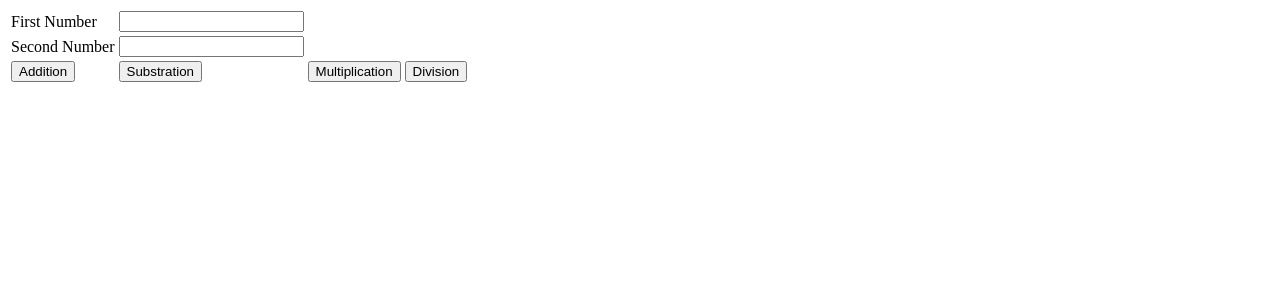
Repository: babududekula/Spring-Course-4.X-Version
Page: http://localhost/Jsp/classA.jsp
These files come from the project's save history. The page is drawn as it stood at one moment and after the next save; the edit follows.
The browser window is 1280 px wide. The pictures show the whole page.
The page is served by Tomcat 9.

Above is the page before, as saved 2023-02-06 16:48:12.

### Maven Projects/Jsp/src/main/webapp/classA.jsp
<%@ page language="java" contentType="text/html; charset=ISO-8859-1"
    pageEncoding="ISO-8859-1"%>
<!DOCTYPE html>
<html>
<head>
<meta charset="ISO-8859-1">
<title>Insert title here</title>
</head>
<body>
<form action="classB.jsp" method="get">

<table>
<tr>
	<td>First Number</td>
	<td><input type="text" name="first"/></td>
</tr>
<tr>
	<td>Second Number</td>
	<td><input type="text" name="second"/></td>
</tr>
<tr>
	<td><input type="submit" name="operation" value="Addition"/></td>
	<td><input type="submit" name="operation" value="Substration"/></td>
	<td><input type="submit" name="operation" value="Multiplication"/></td>
	<td><input type="submit" name="operation" value="Division"/></td>
</tr>
</table>

</form>
</body>
</html>

After the next save:
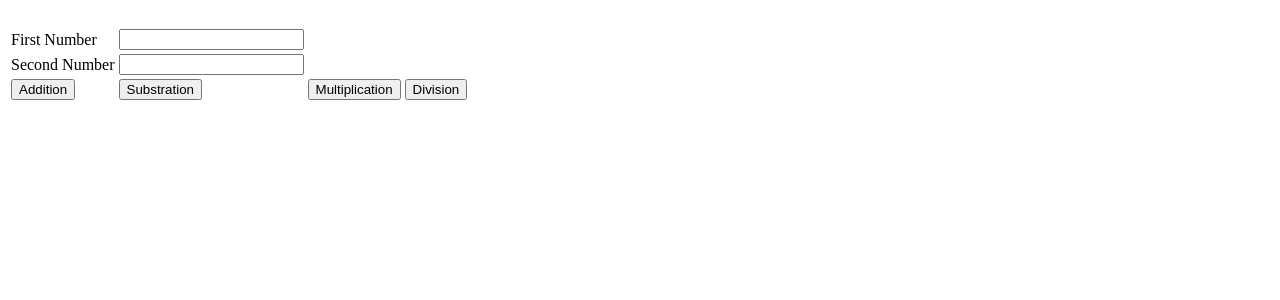
Saved 16 s later.
--- a/Maven Projects/Jsp/src/main/webapp/classA.jsp
+++ b/Maven Projects/Jsp/src/main/webapp/classA.jsp
@@ -22,7 +22,7 @@
 	<td><input type="submit" name="operation" value="Addition"/></td>
 	<td><input type="submit" name="operation" value="Substration"/></td>
 	<td><input type="submit" name="operation" value="Multiplication"/></td>
-	<td><input type="submit" name="operation" value="Division"/></td>
+	<td><input type="submit" name="operation" value="Division"/></td><br>
 </tr>
 </table>
 
